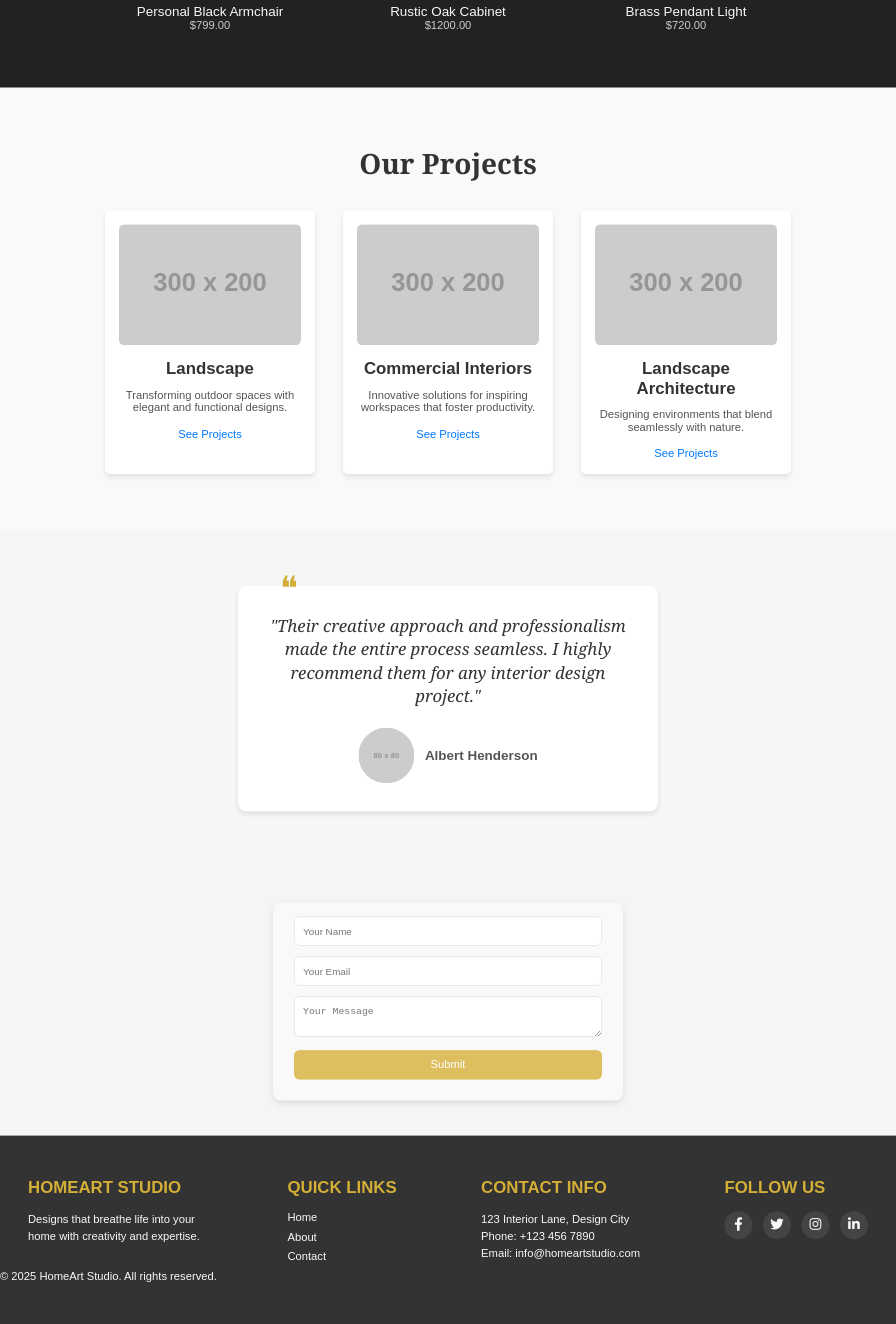
Repository: Patience225/home-decor-studio
Page: index.html
An editor plug-in stored every save of this project. The page is shown before and after the next save, followed by the edit.
The browser window is 1280 px wide. The pictures show the part of the page from y = 2396 to 4316 px (the page is 4288 px tall before and 4316 px after), at 70% of full size.

Above is the page before, as saved 2025-01-29 05:28:22.

### index.html
<!DOCTYPE html>
<html lang="en">
<head>
  <meta charset="UTF-8">
  <meta name="viewport" content="width=device-width, initial-scale=1.0">
  <title>HomeArt Studio</title>
  <link href="https://cdnjs.cloudflare.com/ajax/libs/font-awesome/5.15.4/css/all.min.css" rel="stylesheet">
  <link rel="stylesheet" href="styles.css">
</head>
<body>
  <header>
    <nav class="navbar">
      <div class="logo">HomeArt Studio</div>
      <ul class="nav-links">
        <li><a href="#home">Home</a></li>
        <li><a href="#about">About</a></li>
        <li><a href="#services">Services</a></li>
        <li><a href="#collections">Collections</a></li>
        <li><a href="#projects">Projects</a></li>
        <li><a href="#contact">Contact</a></li>
      </ul>
      <div class="hamburger">
        <span></span>
        <span></span>
        <span></span>
      </div>
    </nav>
  </header>

  <section id="home" class="hero">
    <div class="hero-content">
      <h1>Designs That Breathe Life into Your Home</h1>
      <img src="https://via.placeholder.com/1200x600" alt="Living room design" class="hero-image">
      <div class="hero-stats">
        <div class="stat-item"><h2>100%</h2><p>Satisfaction Guarantee</p></div>
        <div class="stat-item"><h2>250</h2><p>Projects Completed</p></div>
        <div class="stat-item"><h2>3469</h2><p>Happy Clients</p></div>
      </div>
    </div>
  </section>

  <section id="about" class="introduction">
    <div class="intro-container">
      <div class="intro-text">
        <h2>Bringing Vision and Expertise to Every Project</h2>
        <p>We transform spaces into inspiring works of art, providing personalized solutions tailored to your taste and lifestyle.</p>
      </div>
      <div class="intro-images">
        <img src="https://via.placeholder.com/400x300" alt="Interior design 1">
        <img src="https://via.placeholder.com/400x300" alt="Interior design 2">
      </div>
    </div>
  </section>

  <section id="services" class="call-to-action">
    <div class="cta-container">
      <h2>For Everything Your Home Deserves, Reach Out to Us</h2>
      <div class="cta-images">
        <div class="image-card"><img src="https://via.placeholder.com/300x300" alt="Armchair"><p class="product-name">Personal Black Armchair</p><p class="product-price">$799.00</p></div>
        <div class="image-card"><img src="https://via.placeholder.com/300x300" alt="Cabinet"><p class="product-name">Rustic Oak Cabinet</p><p class="product-price">$1200.00</p></div>
        <div class="image-card"><img src="https://via.placeholder.com/300x300" alt="Pendant Light"><p class="product-name">Brass Pendant Light</p><p class="product-price">$720.00</p></div>
      </div>
    </div>
  </section>

  <section id="collections" class="projects">
    <h2>Our Projects</h2>
    <div class="project-cards">
      <div class="project-card"><img src="https://via.placeholder.com/300x200" alt="Landscape Project"><h3>Landscape</h3><p>Transforming outdoor spaces with elegant and functional designs.</p><a href="#" class="project-link">See Projects</a></div>
      <div class="project-card"><img src="https://via.placeholder.com/300x200" alt="Commercial Interiors"><h3>Commercial Interiors</h3><p>Innovative solutions for inspiring workspaces that foster productivity.</p><a href="#" class="project-link">See Projects</a></div>
      <div class="project-card"><img src="https://via.placeholder.com/300x200" alt="Architecture"><h3>Landscape Architecture</h3><p>Designing environments that blend seamlessly with nature.</p><a href="#" class="project-link">See Projects</a></div>
    </div>
  </section>

  <section id="contact" class="customer-review">
    <div class="review-container">
      <span class="quote-icon">❝</span>
      <p class="review-text">"Their creative approach and professionalism made the entire process seamless. I highly recommend them for any interior design project."</p>
      <div class="customer-info">
        <img src="https://via.placeholder.com/80x80" alt="Customer Picture" class="customer-img">
        <p class="customer-name">Albert Henderson</p>
      </div>
    </div>
  </section>

  <form id="contact-form">
    <input type="text" id="name" placeholder="Your Name" required>
    <input type="email" id="email" placeholder="Your Email" required>
    <textarea id="message" placeholder="Your Message" required></textarea>
    <button type="submit">Submit</button>
    <p id="form-feedback"></p>
  </form>

  <button id="back-to-top">↑</button>

  <footer class="footer">
    <div class="footer-container">
      <div class="footer-column">
        <h3>HomeArt Studio</h3>
        <p>Designs that breathe life into your home with creativity and expertise.</p>
      </div>
      <div class="footer-column">
        <h3>Quick Links</h3>
        <ul>
          <li><a href="#home">Home</a></li>
          <li><a href="#about">About</a></li>
          <li><a href="#projects"></a></li>
          <li><a href="#contact">Contact</a></li>
        </ul>
      </div>
      <div class="footer-column">
        <h3>Contact Info</h3>
        <p>123 Interior Lane, Design City</p>
        <p>Phone: +123 456 7890</p>
        <p>Email: info@homeartstudio.com</p>
      </div>
      <div class="footer-column">
        <h3>Follow Us</h3>
        <div class="social-icons">
          <a href="#"><i class="fab fa-facebook-f"></i></a>
          <a href="#"><i class="fab fa-twitter"></i></a>
          <a href="#"><i class="fab fa-instagram"></i></a>
          <a href="#"><i class="fab fa-linkedin-in"></i></a>
        </div>
      </div>
    </div>
    <p>© 2025 HomeArt Studio. All rights reserved.</p>
  </footer>

  <script src="script.js"></script>
</body>
</html>

### styles.css
* {
  margin: 0;
  padding: 0;
  box-sizing: border-box;
}

body {
  font-family: 'Arial', sans-serif;
  background-color: #f5f5f5;
}

header {
  width: 100%;
  background-color: white;
  padding: 15px 30px;
  box-shadow: 0 2px 5px rgba(0, 0, 0, 0.1);
  position: fixed;
  top: 0;
  z-index: 10;
}

.navbar {
  display: flex;
  justify-content: space-between;
  align-items: center;
  max-width: 1200px;
  margin: auto;
}

.logo {
  font-size: 1.5rem;
  font-weight: bold;
  color: #333;
}

.nav-links {
  display: flex;
  list-style: none;
}

.nav-links li {
  margin-left: 25px;
}

.nav-links a {
  text-decoration: none;
  color: #333;
  font-size: 1rem;
  transition: color 0.3s ease;
}

.nav-links a:hover {
  color: #0078ff;
}

.hamburger {
  display: none;
  flex-direction: column;
  cursor: pointer;
}

.hamburger span {
  height: 3px;
  width: 25px;
  background: #333;
  margin: 4px 0;
}

@media (max-width: 768px) {
  .nav-links {
    display: none;
    flex-direction: column;
    position: absolute;
    top: 60px;
    right: 0;
    background-color: white;
    width: 100%;
    text-align: right;
  }

  .nav-links.active {
    display: flex;
  }

  .hamburger {
    display: flex;
  }
}

.hero {
  width: 100%;
  background-color: #f9f9f9;
  padding: 80px 0;
  text-align: center;
}

.hero-content h1 {
  font-size: 3rem;
  font-family: 'Georgia', serif;
  color: #333;
  margin-bottom: 20px;
}

.hero-image {
  width: 100%;
  max-width: 1200px;
  height: auto;
  border-radius: 8px;
  margin: 30px 0;
}

.hero-stats {
  display: flex;
  justify-content: space-evenly;
  max-width: 1000px;
  margin: auto;
  padding: 20px 0;
}

.stat-item {
  text-align: center;
}

.stat-item h2 {
  font-size: 2.5rem;
  font-weight: bold;
  color: #0078ff;
}

.stat-item p {
  font-size: 1rem;
  color: #555;
}

@media (max-width: 768px) {
  .hero-content h1 {
    font-size: 2rem;
  }

  .hero-stats {
    flex-direction: column;
    gap: 20px;
  }
}

.introduction {
  background-color: #ffffff;
  padding: 80px 0;
  text-align: left;
}

.intro-container {
  display: flex;
  justify-content: space-between;
  align-items: center;
  max-width: 1200px;
  margin: auto;
}

.intro-text {
  width: 50%;
  padding-right: 20px;
}

.intro-text h2 {
  font-size: 2.5rem;
  font-family: 'Georgia', serif;
  color: #333;
  margin-bottom: 15px;
}

.intro-text p {
  font-size: 1rem;
  line-height: 1.6;
  color: #555;
}

.intro-images {
  display: flex;
  flex-direction: column;
  gap: 20px;
  width: 40%;
}

.intro-images img {
  width: 100%;
  border-radius: 8px;
  object-fit: cover;
}

@media (max-width: 768px) {
  .intro-container {
    flex-direction: column;
    text-align: center;
  }

  .intro-text,
  .intro-images {
    width: 100%;
  }

  .intro-text {
    padding-right: 0;
  }
}

.call-to-action {
  background-color: #222;
  padding: 80px 0;
  text-align: center;
  color: #fff;
}

.cta-container h2 {
  font-size: 2.5rem;
  font-family: 'Georgia', serif;
  color: #ffffff;
  margin-bottom: 40px;
}

.cta-images {
  display: flex;
  justify-content: center;
  gap: 40px;
}

.image-card {
  text-align: center;
  max-width: 300px;
}

.image-card img {
  width: 100%;
  border-radius: 8px;
  object-fit: cover;
}

.product-name {
  font-size: 1.2rem;
  color: #f9f9f9;
  margin-top: 10px;
}

.product-price {
  font-size: 1rem;
  color: #cccccc;
}

@media (max-width: 768px) {
  .cta-images {
    flex-direction: column;
    gap: 20px;
  }
}

.projects {
  background-color: #f9f9f9;
  padding: 80px 0;
  text-align: center;
}

.projects h2 {
  font-size: 2.5rem;
  font-family: 'Georgia', serif;
  color: #333;
  margin-bottom: 40px;
}

.project-cards {
  display: flex;
  justify-content: center;
  gap: 40px;
  max-width: 1200px;
  margin: auto;
}

.project-card {
  background-color: #ffffff;
  border-radius: 8px;
  text-align: center;
  max-width: 300px;
  padding: 20px;
  box-shadow: 0 4px 8px rgba(0, 0, 0, 0.1);
}

.project-card img {
  width: 100%;
  border-radius: 8px;
  transition: transform 0.3s ease;
}

.project-card img:hover {
  transform: scale(1.05);
}

.project-card h3 {
  font-size: 1.5rem;
  color: #333;
  margin: 15px 0;
}

.project-card p {
  font-size: 1rem;
  color: #555;
  margin-bottom: 20px;
}

.project-link {
  font-size: 1rem;
  color: #0078ff;
  text-decoration: none;
}

.project-link:hover {
  text-decoration: underline;
}

@media (max-width: 768px) {
  .project-cards {
    flex-direction: column;
    gap: 20px;
  }
}

.customer-review {
  background-color: #f6f6f6;
  padding: 80px 0;
  text-align: center;
}

.review-container {
  background-color: #ffffff;
  max-width: 600px;
  margin: auto;
  padding: 40px;
  border-radius: 12px;
  box-shadow: 0 4px 8px rgba(0, 0, 0, 0.1);
  position: relative;
}

.quote-icon {
  font-size: 3rem;
  color: #d4af37;
  position: absolute;
  top: -25px;
  left: 10%;
}

.review-text {
  font-family: 'Georgia', serif;
  font-size: 1.5rem;
  font-style: italic;
  color: #333;
  margin-bottom: 30px;
}

.customer-info {
  display: flex;
  justify-content: center;
  align-items: center;
  gap: 15px;
  margin-top: 20px;
}

.customer-img {
  width: 80px;
  height: 80px;
  border-radius: 50%;
  object-fit: cover;
}

.customer-name {
  font-size: 1.2rem;
  font-weight: bold;
  color: #555;
}

@media (max-width: 768px) {
  .review-container {
    padding: 30px;
  }

  .review-text {
    font-size: 1.2rem;
  }

  .quote-icon {
    font-size: 2.5rem;
  }
}

#back-to-top {
  position: fixed;
  bottom: 30px;
  right: 30px;
  background-color: #d4af37;
  color: white;
  border: none;
  padding: 10px 15px;
  cursor: pointer;
  display: none;
  border-radius: 50%;
}

#back-to-top:hover {
  background-color: #333;
}

/* Contact Form Styling */
#contact-form {
  width: 100%;
  max-width: 500px;
  margin: 50px auto;
  background-color: #f9f9f9;
  padding: 20px 30px;
  border-radius: 12px;
  box-shadow: 0px 4px 10px rgba(0, 0, 0, 0.1);
  animation: fadeIn 1s ease-in-out;
}

#contact-form input,
#contact-form textarea {
  width: 100%;
  padding: 12px;
  margin-bottom: 15px;
  border: 1px solid #ddd;
  border-radius: 8px;
  font-size: 14px;
  background-color: #ffffff;
  transition: border-color 0.3s ease-in-out;
}

#contact-form input:focus,
#contact-form textarea:focus {
  border-color: #d4af37;
  outline: none;
}

#contact-form button {
  width: 100%;
  padding: 12px;
  background-color: #d4af37;
  color: white;
  font-size: 16px;
  border: none;
  border-radius: 8px;
  cursor: pointer;
  transition: background-color 0.3s ease-in-out;
  position: relative;
  overflow: hidden;
}

#contact-form button:hover {
  background-color: #333;
}

#form-feedback {
  font-size: 14px;
  margin-top: 10px;
}

#form-feedback.success {
  color: green;
}

#form-feedback.error {
  color: red;
}

#contact-form button::after {
  content: '';
  position: absolute;
  top: 0;
  left: -100%;
  width: 300%;
  height: 100%;
  background: rgba(255, 255, 255, 0.2);
  transition: left 0.4s ease;
}

#contact-form button:hover::after {
  left: 100%;
}

/* Fade-in animation */
@keyframes fadeIn {
  from {
    opacity: 0;
    transform: translateY(20px);
  }
  to {
    opacity: 1;
    transform: translateY(0);
  }
}

/* Footer Styles */
.footer {
  background-color: #333;
  color: #f9f9f9;
  padding: 60px 0;
}

.footer-container {
  display: flex;
  justify-content: space-between;
  max-width: 1200px;
  margin: auto;
  flex-wrap: wrap;
  gap: 40px;
}

.footer-column {
  max-width: 250px;
}

.footer-column h3 {
  font-size: 1.5rem;
  text-transform: uppercase;
  color: #d4af37;
  margin-bottom: 20px;
}

.footer-column p {
  font-size: 1rem;
  line-height: 1.5;
}

.footer-column ul {
  list-style: none;
  padding: 0;
}

.footer-column ul li {
  margin-bottom: 10px;
}

.footer-column ul li a {
  color: #f9f9f9;
  text-decoration: none;
  transition: color 0.3s ease;
}

.footer-column ul li a:hover {
  color: #d4af37;
}

.social-icons {
  display: flex;
  gap: 15px;
}

.social-icons a {
  display: inline-block;
  color: #f9f9f9;
  background-color: #444;
  width: 40px;
  height: 40px;
  line-height: 40px;
  text-align: center;
  border-radius: 50%;
  font-size: 1.2rem;
  transition: all 0.3s ease;
}

.social-icons a:hover {
  background-color: #d4af37;
  color: #fff;
  animation: bounce 0.5s;
}

/* Social Media Icon Bounce Animation */
@keyframes bounce {
  0%, 100% {
    transform: translateY(0);
  }
  50% {
    transform: translateY(-5px);
  }
}

@media (max-width: 768px) {
  .footer-container {
    flex-direction: column;
    text-align: center;
  }

  .footer-column {
    max-width: 100%;
  }
}

### script.js
const hamburger = document.querySelector('.hamburger');
const navLinks = document.querySelector('.nav-links');

hamburger.addEventListener('click', () => {
  navLinks.classList.toggle('active');
});

// Smooth scroll for navigation links
document.querySelectorAll('a[href^="#"]').forEach(anchor => {
  anchor.addEventListener('click', function (e) {
    e.preventDefault();
    document.querySelector(this.getAttribute('href')).scrollIntoView({
      behavior: 'smooth'
    });
  });
});

// Contact form validation
document.getElementById('contact-form').addEventListener('submit', function (e) {
  e.preventDefault();

  const name = document.getElementById('name').value.trim();
  const email = document.getElementById('email').value.trim();
  const message = document.getElementById('message').value.trim();
  const feedback = document.getElementById('form-feedback');
  const emailRegex = /^[^\s@]+@[^\s@]+\.[^\s@]+$/;

  if (!name || !email || !message) {
    feedback.textContent = "Please fill in all fields.";
    feedback.style.color = "red";
  } else if (!emailRegex.test(email)) {
    feedback.textContent = "Please enter a valid email address.";
    feedback.style.color = "red";
  } else {
    feedback.textContent = "Thank you for your message! We'll get back to you soon.";
    feedback.style.color = "green";
    document.getElementById('contact-form').reset();
  }
});

// Hover effect for gallery images
const galleryImages = document.querySelectorAll('.gallery-item');

galleryImages.forEach(image => {
  image.addEventListener('mouseenter', () => {
    image.style.transform = 'scale(1.1)';
    image.style.transition = 'transform 0.3s ease';
  });

  image.addEventListener('mouseleave', () => {
    image.style.transform = 'scale(1)';
  });
});

// Back to top button functionality
const backToTopButton = document.getElementById('back-to-top');

window.addEventListener('scroll', () => {
  if (window.scrollY > 300) {
    backToTopButton.style.display = 'block';
  } else {
    backToTopButton.style.display = 'none';
  }
});

backToTopButton.addEventListener('click', () => {
  window.scrollTo({
    top: 0,
    behavior: 'smooth'
  });
});

// Add hover effects for footer social icons
const footerIcons = document.querySelectorAll('.social-icons a');

footerIcons.forEach(icon => {
  icon.addEventListener('mouseenter', () => {
    icon.style.transform = 'scale(1.2)';
    icon.style.transition = 'transform 0.3s ease';
  });

  icon.addEventListener('mouseleave', () => {
    icon.style.transform = 'scale(1)';
  });
});

// Smooth Scroll for Anchor Links
document.querySelectorAll('a[href^="#"]').forEach(anchor => {
  anchor.addEventListener('click', function (e) {
    e.preventDefault();

    document.querySelector(this.getAttribute('href')).scrollIntoView({
      behavior: 'smooth'
    });
  });
});

// Handle form submission feedback with success animation
document.querySelector('#contact-form').addEventListener('submit', (e) => {
  e.preventDefault();
  const feedback = document.querySelector('#form-feedback');
  feedback.classList.add('success');
  feedback.textContent = 'Thank you! Your message has been sent successfully.';

  // Animation for feedback
  feedback.style.opacity = 0;
  setTimeout(() => {
    feedback.style.transition = 'opacity 1s ease-in-out';
    feedback.style.opacity = 1;
  }, 100);
});

After the next save:
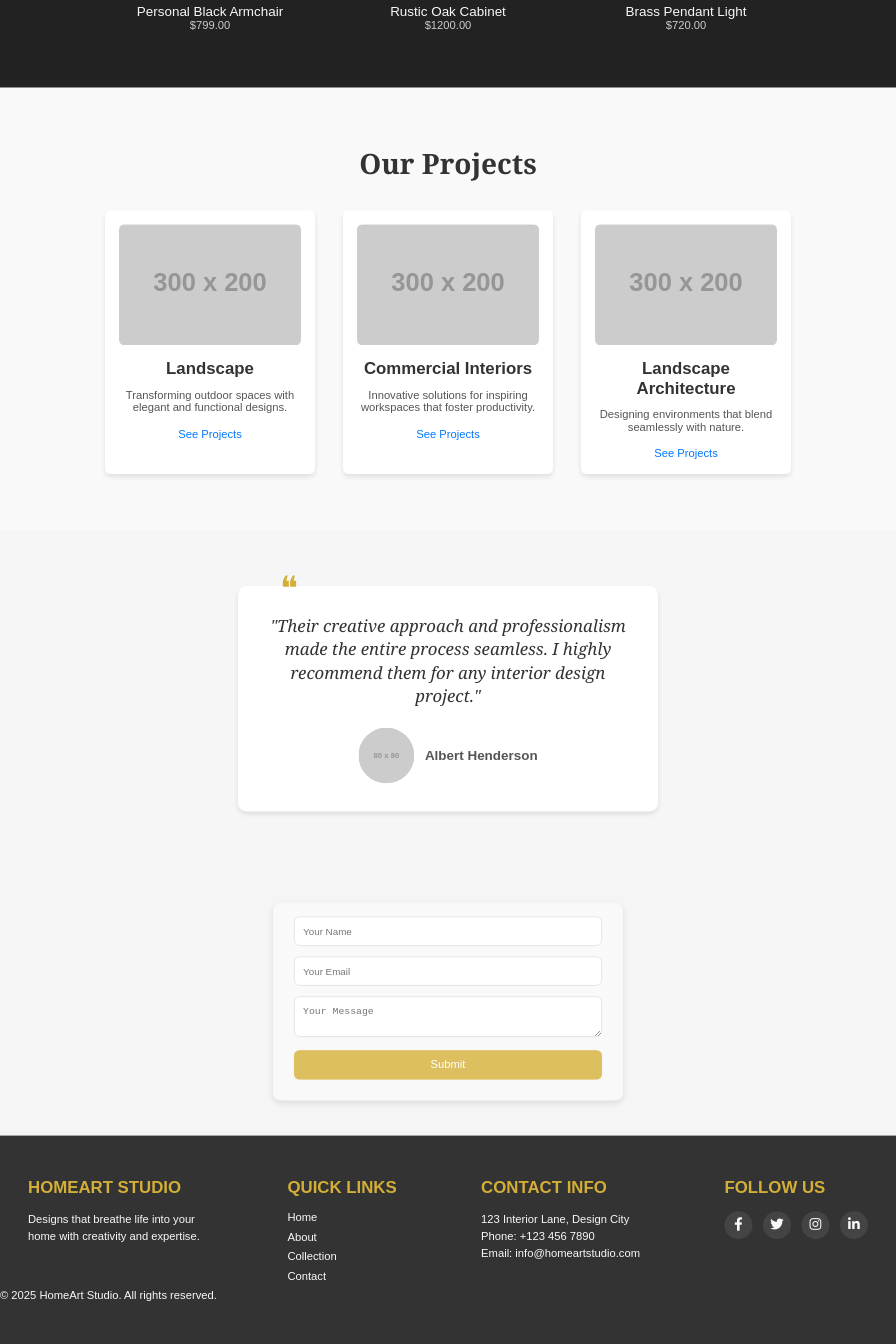
Saved 5 s later.
--- a/index.html
+++ b/index.html
@@ -104,7 +104,7 @@
         <ul>
           <li><a href="#home">Home</a></li>
           <li><a href="#about">About</a></li>
-          <li><a href="#projects"></a></li>
+          <li><a href="#projects">Collection</a></li>
           <li><a href="#contact">Contact</a></li>
         </ul>
       </div>
